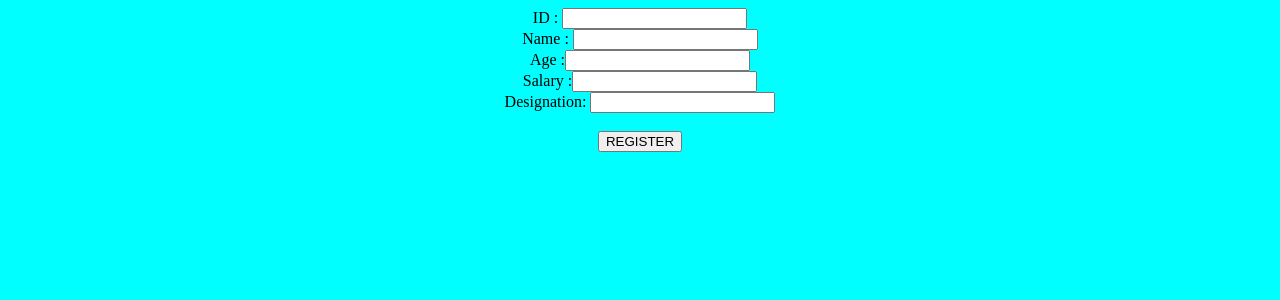
Repository: Thaneshwara848/JSP_Demo
Page: WebDemo1/src/main/webapp/Register.html
The author's editor kept a copy of each file at every save. The page is drawn from the files as they stood at one save, then again after the next save.
The browser window is 1280 px wide. The pictures show the whole page.

Above is the page before, as saved 2022-08-05 16:58:57.

After the next save:
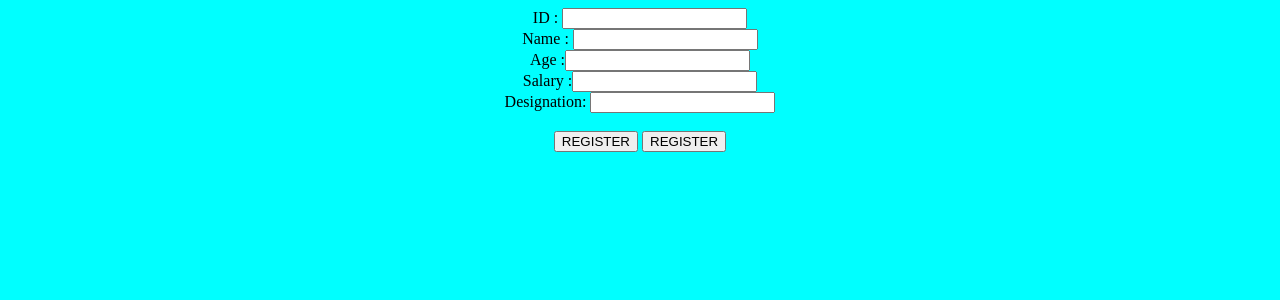
Saved 16 s later.
--- a/WebDemo1/src/main/webapp/Register.html
+++ b/WebDemo1/src/main/webapp/Register.html
@@ -17,6 +17,8 @@
 
 	<input type="Submit" value="REGISTER">
 
+	<input type="reset" value="REGISTER">
+
 	</form>
 </Div>
 
